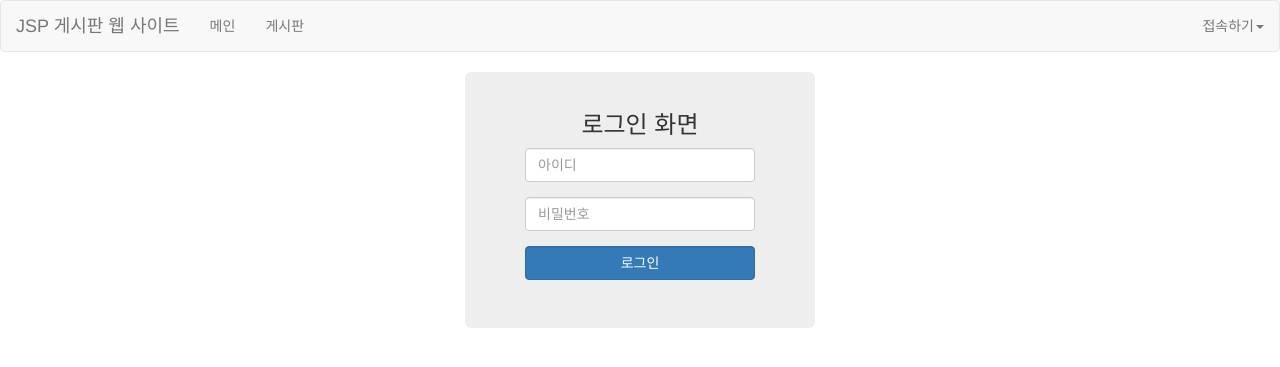
Repository: winter9388/JSP_BBS
Page: http://localhost/BBS/퍋ㅈ.jsp
An editor plug-in stored every save of this project. The page is shown before and after the next save, followed by the edit.
The browser window is 1280 px wide. The pictures show the whole page.
Some web libraries are served in a nearby version. The page is served by Tomcat 9.

Above is the page before, as saved 2022-08-11 03:52:15.

After the next save:
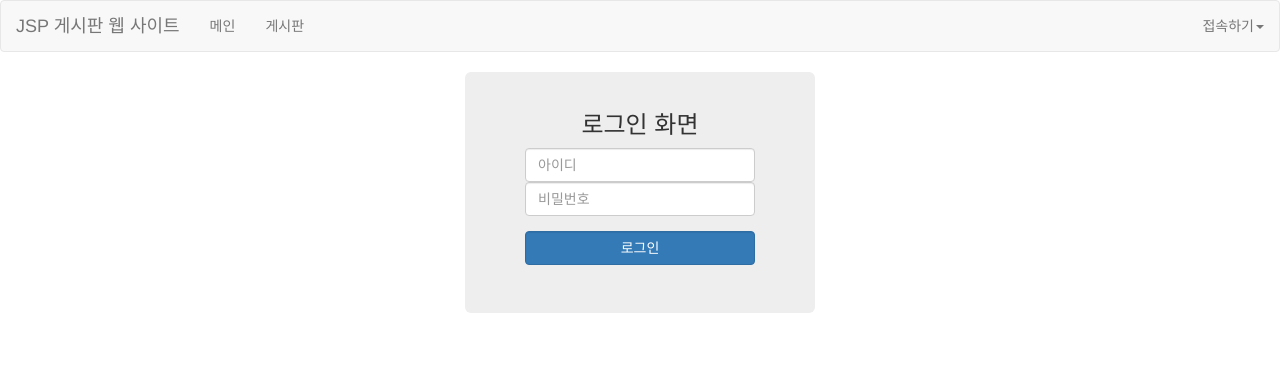
Saved 9 s later.
--- a/BBS/src/main/webapp/퍋ㅈ.jsp
+++ b/BBS/src/main/webapp/퍋ㅈ.jsp
@@ -44,7 +44,7 @@
 			<div class="jumbotron" style="padding-top: 20px">
 				<form method="post" action="loginAction.jsp">
 					<h3 style="text-align: center;">로그인 화면</h3>
-					<div class="form-group">
+					<div class="">
 						<input type="text" class="form-control" placeholder="아이디" name="userID" maxlength="20">
 					</div>
 					<div class="form-group">

After the save that followed:
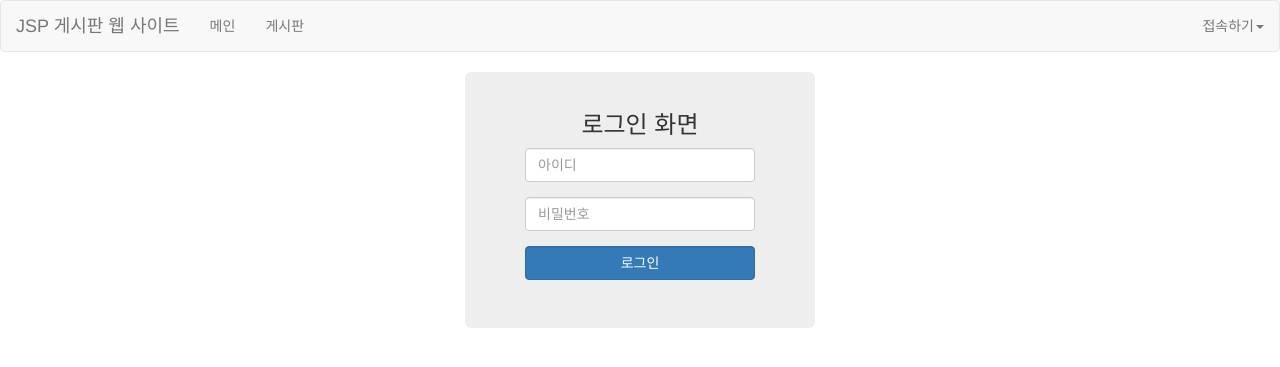
Saved 9 s later.
--- a/BBS/src/main/webapp/퍋ㅈ.jsp
+++ b/BBS/src/main/webapp/퍋ㅈ.jsp
@@ -44,7 +44,7 @@
 			<div class="jumbotron" style="padding-top: 20px">
 				<form method="post" action="loginAction.jsp">
 					<h3 style="text-align: center;">로그인 화면</h3>
-					<div class="">
+					<div class="form-group">
 						<input type="text" class="form-control" placeholder="아이디" name="userID" maxlength="20">
 					</div>
 					<div class="form-group">
